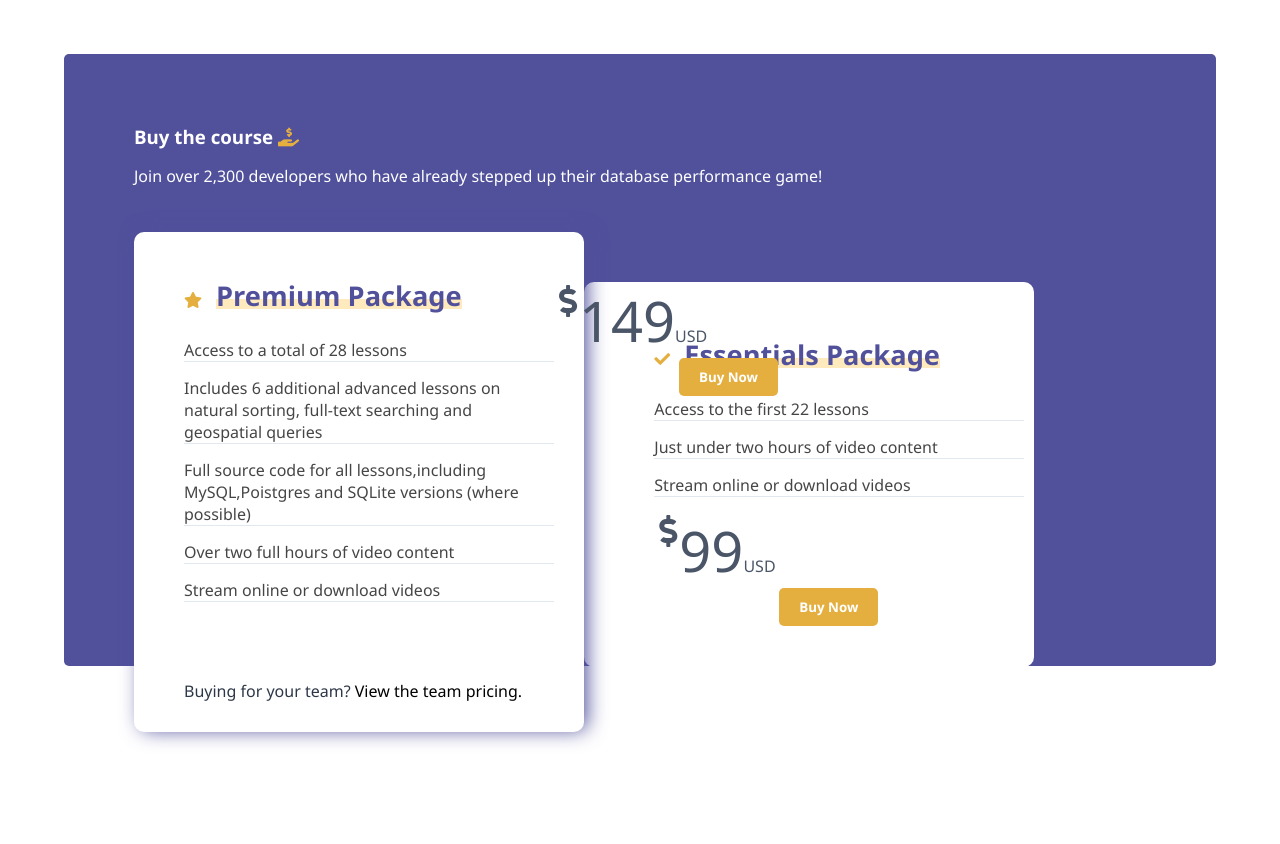
Repository: Z-ayat/Challenges
Page: Challenge 4/index.html
An editor plug-in stored every save of this project. The page is shown before and after the next save, followed by the edit.
The browser window is 1280 px wide. The pictures show the whole page.
Some web libraries are served in a nearby version.

Above is the page before, as saved 2021-09-07 03:05:19.

After the next save:
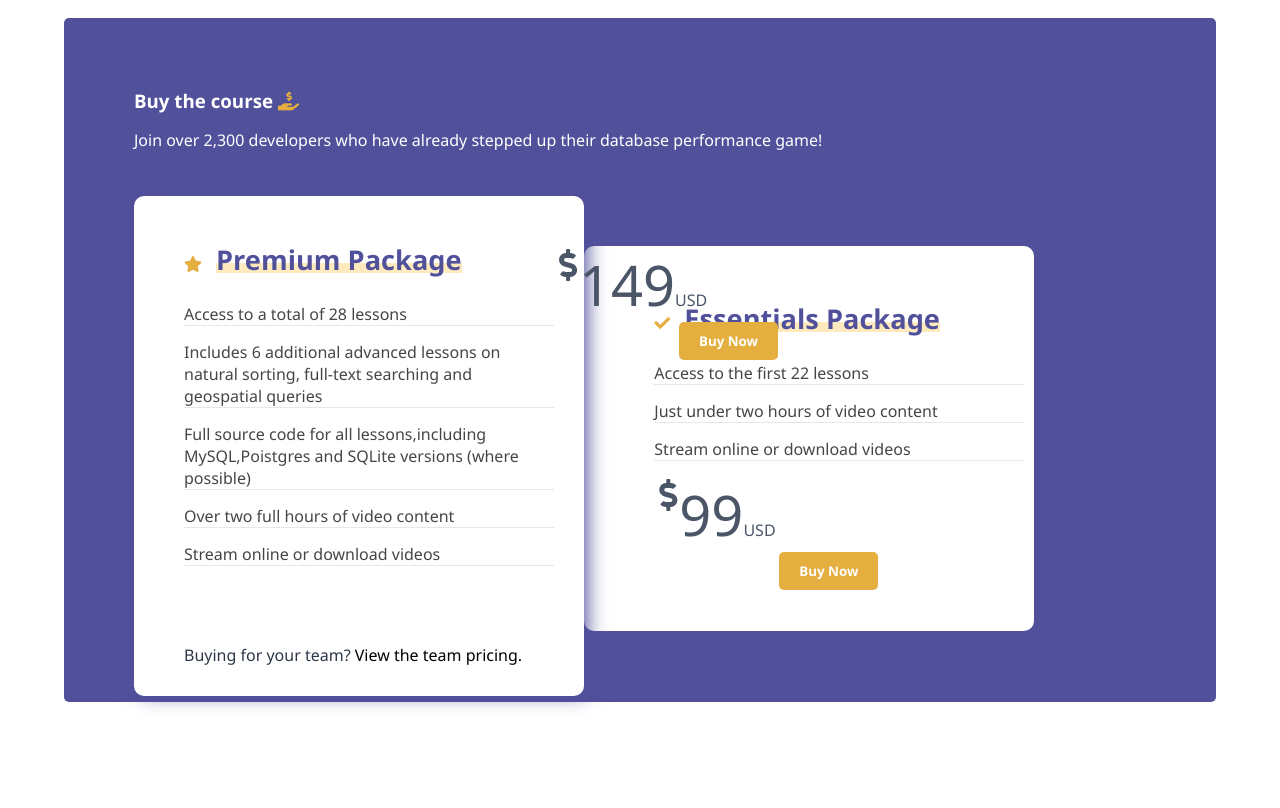
Saved 44 s later.
--- a/Challenge 4/styling/css/master.css
+++ b/Challenge 4/styling/css/master.css
@@ -55,7 +55,7 @@ body {
 
 .container {
     width: 90%;
-    height: 85%;
+    height: 95%;
     background-color: var(--clrbg);
     border-radius: 5px;
     color: var(--clrbodyfont);
